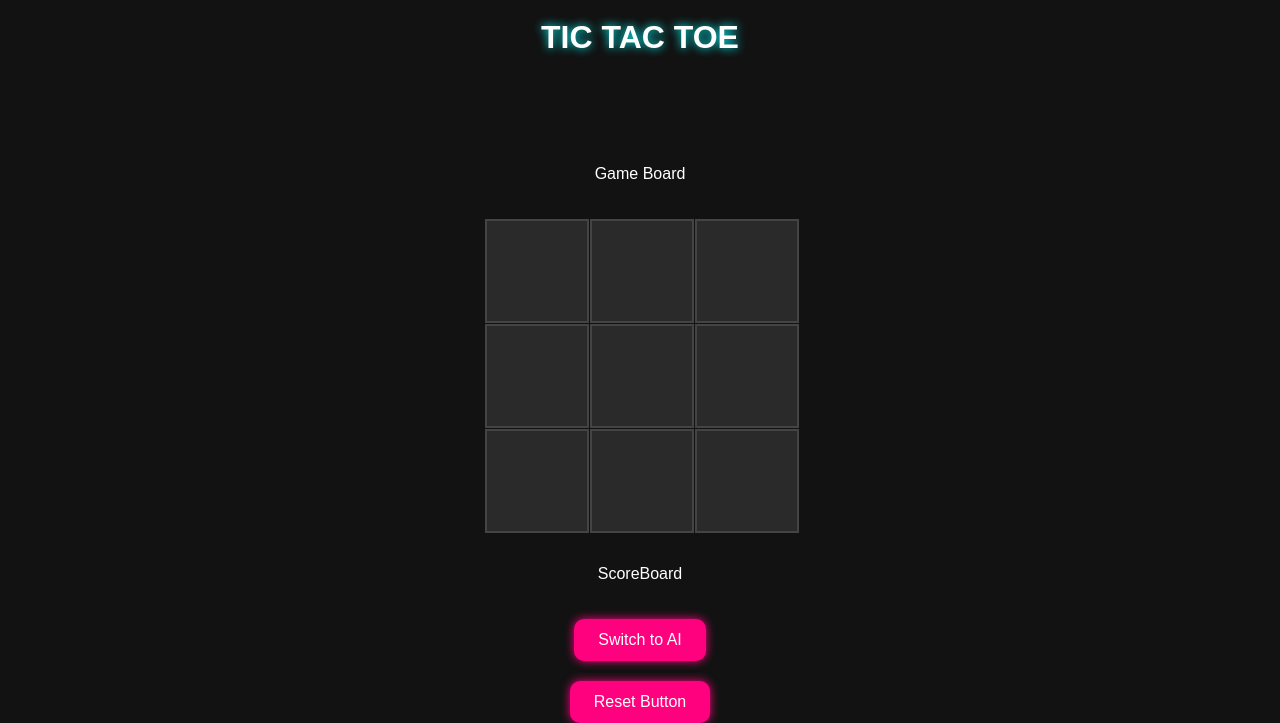
Repository: Yash19075/TicTacToe-game
Page: TicTacToe.html
An editor plug-in stored every save of this project. The page is shown before and after the next save, followed by the edit.
The browser window is 1280 px wide. The pictures show the whole page.
After loading, the first visible `button.css-resetButton` was clicked once.

Above is the page before, as saved 2025-03-09 10:57:16.

After the next save:
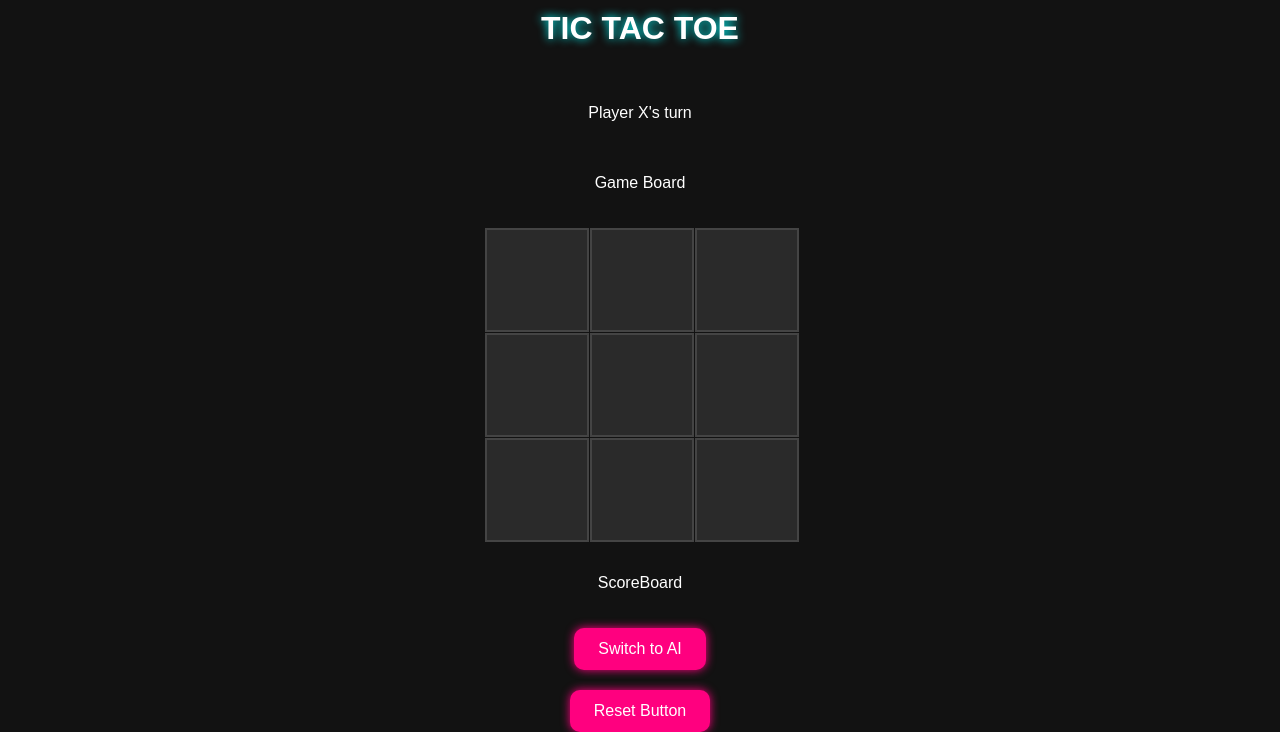
Saved 53 s later.
--- a/TicTacToe.js
+++ b/TicTacToe.js
@@ -69,6 +69,7 @@ function button_reset() {
         board[i] = '';
         document.querySelector(".score-board").innerText = 'ScoreBoard';
         cells[i].onclick = function() { handleClick(i); };
+        document.querySelector(".player-turn").innerHTML = `Player X's turn`
     }
     move = 'X'
 }
